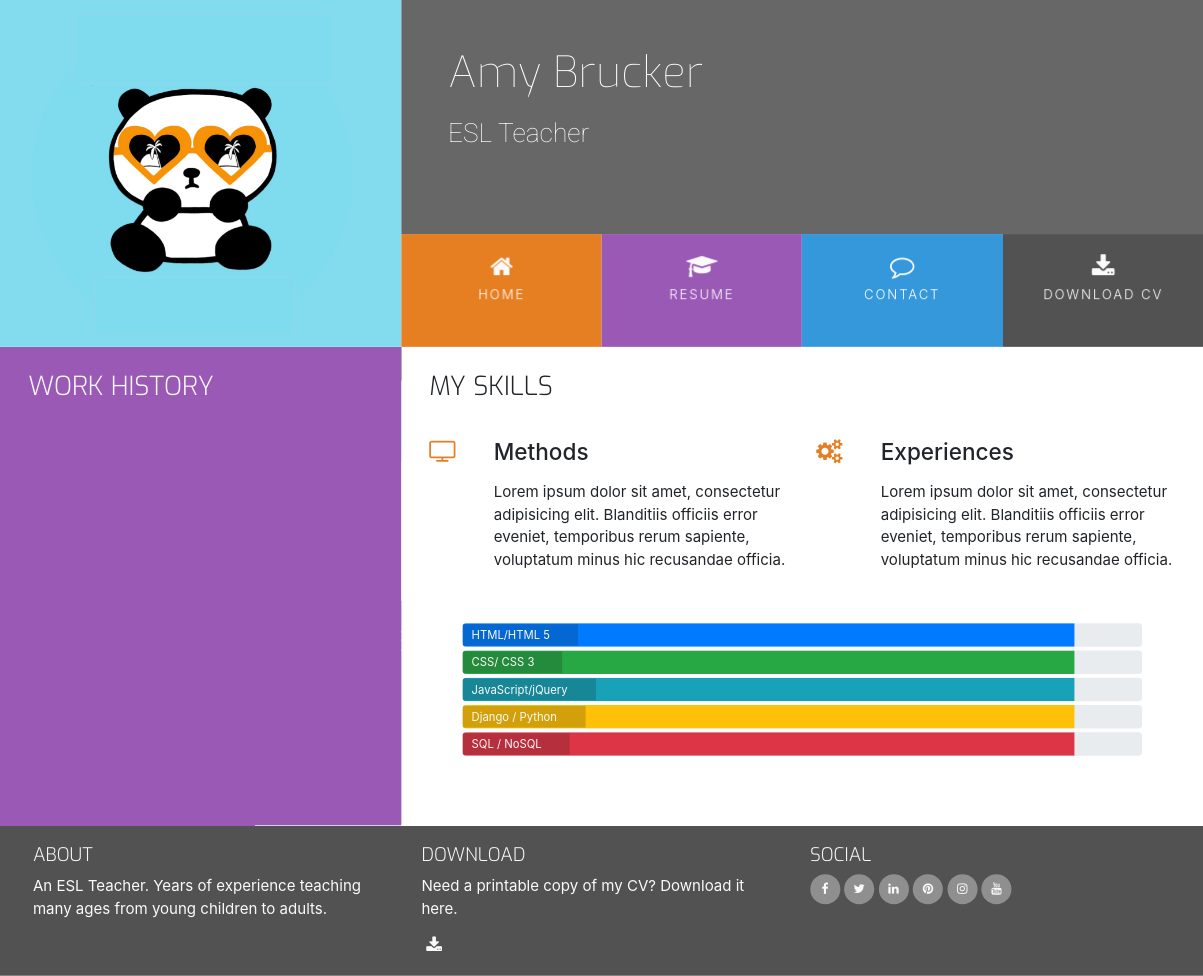
Repository: amybru/resume
Page: resume.html
The author's editor kept a record of every edit. The page is drawn from the files as they stood at one moment, then again after the next edit.
The browser window is 1280 px wide. The pictures show the whole page, at 94% of full size.
Some web libraries are served in a nearby version.

Above is the page before.

### resume.html
<!DOCTYPE html>
<html lang="en">
<head>
    <meta charset="UTF-8">
    <meta name="viewport" content="width=device-width, initial-scale=1.0">
    <meta http-equiv="X-UA-Compatible" content="ie=edge">
    <link rel="stylesheet" href="https://maxcdn.bootstrapcdn.com/bootstrap/4.2.1/css/bootstrap.min.css" type="text/css" />
    <link rel="stylesheet" href="https://maxcdn.bootstrapcdn.com/font-awesome/4.7.0/css/font-awesome.min.css" type="text/css" />
    <link rel="stylesheet" href="https://cdnjs.cloudflare.com/ajax/libs/hover.css/2.3.1/css/hover-min.css" type="text/css" />
    <link rel="stylesheet" href="assets/css/style.css">
    <title>Amy</title>
</head>
<body>
    <header>
        <div class="row no-gutters">
            <a class="col-md-4 logo" href="index.html"></a>
            <div class="col-md-8">
                <div class="row bg-color-name-title no-gutters">
                    <div class="col heading">
                        <h1 class="name">Amy Brucker</h1>
                        <h2 class="title"> ESL Teacher</h2>
                    </div>
                </div>
                <div class="row no-gutters">
                    <div class="col">
                        <ul id="nav" class="list-inline menucontainer">
                            <li class="col-6 col-sm-3 list-inline-item ui-menu-color-home menuitem">
                                <a href="#" class="hvr-sweep-to-bottom"><i class="fa fa-home" aria-hidden="true"></i><span>Home</span></a>
                            </li>
                            <li class="col-6 col-sm-3 list-inline-item ui-menu-color-resume menuitem">
                                <a href="#" class="hvr-sweep-to-bottom"><i class="fa fa-graduation-cap" aria-hidden="true"></i><span>Resume</span></a>
                            </li>
                            <li class="col-6 col-sm-3 list-inline-item ui-menu-color-contact menuitem">
                                <a href="#" class="hvr-sweep-to-bottom"><i class="fa fa-comment-o" aria-hidden="true"></i><span>Contact</span></a>
                            </li>
                            <li class="col-6 col-sm-3 list-inline-item ui-menu-color-download menuitem">
                                <a href="#" class="hvr-sweep-to-bottom"><i class="fa fa-download" aria-hidden="true"></i><span>Download CV</span></a>
                            </li>
                        </ul>
                    </div>
                </div>
            </div>
        </div>
    </header>


    <section class="container-fluid">
        <div class="row">
            <div class="col-md-4 bg-color-work-history section-column">
                <div class="row">
                    <div class="col-12">
                        <h3 class="history-heading uppercase">
                            Work History
                        </h3>
                    </div>
                </div>
            </div>

            <div class="col-md-8 bg-color-three-reasons section-column">
                <div class="row">
                    <div class="col">
                        <h3 class="section-heading uppercase">My Skills</h3>
                    </div>
                </div>

                <div class="row">
                    <div class="col-10 offset-1 offset-sm-0 col-sm-4 col-md-6">
                        <div class="row">
                            <div class="col-2">
                                <i class="three-reasons-icon fa fa-tv" aria-hidden="true"></i>
                            </div>
                            <div class="col-10">
                                <h4 class="three-reasons-heading">Methods</h4>
                                <p>Lorem ipsum dolor sit amet, consectetur adipisicing elit. Blanditiis officiis error eveniet, temporibus rerum sapiente, voluptatum minus hic recusandae officia.</p>
                            </div>
                        </div>
                    </div>
                    <div class="col-10 offset-1 offset-sm-0 col-sm-4 col-md-6">
                        <div class="row">
                            <div class="col-2">
                                <i class="three-reasons-icon fa fa-gears" aria-hidden="true"></i>
                            </div>
                            <div class="col-10">
                                <h4 class="three-reasons-heading">Experiences</h4>
                                <p>Lorem ipsum dolor sit amet, consectetur adipisicing elit. Blanditiis officiis error eveniet, temporibus rerum sapiente, voluptatum minus hic recusandae officia.</p>
                            </div>
                        </div>
                    </div>
                </div>

                <div class="row progress-section">
                    <div class="col">
                        <div class="progress">
                            <div class="progress-bar" role="progressbar" aria-valuenow="90" aria-valuemin="0" aria-valuemax="100" style="width:90%">
                                <span class="sr-only">90% complete</span>
                                <span class="progress-type">HTML/HTML 5</span>
                            </div>
                        </div>
                        <div class="progress">
                            <div class="progress-bar bg-success" role="progressbar" aria-valuenow="80" aria-valuemin="0" aria-valuemax="100" style="width:90%">
                                <span class="sr-only">80% complete</span>
                                <span class="progress-type">CSS/ CSS 3</span>
                            </div>
                        </div>
                        <div class="progress">
                            <div class="progress-bar bg-info" role="progressbar" aria-valuenow="70" aria-valuemin="0" aria-valuemax="100" style="width:90%">
                                <span class="sr-only">70% complete</span>
                                <span class="progress-type">JavaScript/jQuery</span>
                            </div>
                        </div>
                        <div class="progress">
                            <div class="progress-bar bg-warning" role="progressbar" aria-valuenow="80" aria-valuemin="0" aria-valuemax="100" style="width:90%">
                                <span class="sr-only">80% complete</span>
                                <span class="progress-type">Django / Python</span>
                            </div>
                        </div>
                        <div class="progress">
                            <div class="progress-bar bg-danger" role="progressbar" aria-valuenow="9=80" aria-valuemin="0" aria-valuemax="100" style="width:90%">
                                <span class="sr-only">80% complete</span>
                                <span class="progress-type">SQL / NoSQL</span>
                            </div>
                        </div>
                    </div>
                </div>
            </div>
        </div>
    </section>


    <footer class="container-fluid">
        <div id="footer-details" class="row">
            <div class="col-sm-4">
                <h5 class="uppercase general-sub">About</h5>
                <p class="inline-block">An ESL Teacher. Years of experience teaching many ages from young children to adults.</p>
            </div>

            <div class="col-sm-4">
                <h5 class="uppercase general-sub">Download</h5>
                <p class="inline-block">Need a printable copy of my CV? Download it here.</p>
                <a href="#" target="_blank" class="cv-pdf">
                    <i class="fa fa-download" aria-hidden="true"></i>
                    <span class="sr-only">Download link</span>
                </a>
            </div>

            <div class="col-sm-4">
                <h5 class="uppercase general-sub">Social</h5>
                <ul class="list-inline social-links">
                    <li class="list-inline-item">
                        <a target="_blank" href="#">
                            <i class="fa fa-facebook" aria-hidden="true"></i>
                            <span class="sr-only"Facebook></span>
                        </a>
                    </li>
                    <li class="list-inline-item">
                        <a target="_blank" href="#">
                            <i class="fa fa-twitter" aria-hidden="true"></i>
                            <span class="sr-only"Twitter></span>
                        </a>
                    </li>
                    <li class="list-inline-item">
                        <a target="_blank" href="#">
                            <i class="fa fa-linkedin" aria-hidden="true"></i>
                            <span class="sr-only">linkedin</span>
                        </a>
                    </li>
                    <li class="list-inline-item">
                        <a target="_blank" href="#">
                            <i class="fa fa-pinterest" aria-hidden="true"></i>
                            <span class="sr-only"Pinterest></span>
                        </a>
                    </li>
                    <li class="list-inline-item">
                        <a target="_blank" href="#">
                            <i class="fa fa-instagram" aria-hidden="true"></i>
                            <span class="sr-only"Instagram></span>
                        </a>
                    </li>
                    <li class="list-inline-item">
                        <a target="_blank" href="#">
                            <i class="fa fa-youtube" aria-hidden="true"></i>
                            <span class="sr-only"Youtube></span>
                        </a>
                    </li>
                </ul>
            </div>
        </div>


    </footer>
</body>
</html>

### assets/css/style.css
@import url('https://fonts.googleapis.com/css?family=Roboto:100,300,400,400i,500,700&display=swap');
@import url('https://fonts.googleapis.com/css?family=Exo:100,200,300,400,400i,500,600,700,800&display=swap');


/*--------------------------------------------Colors*/

.bg-color-name-title {
    background-color: #676767;
}

.bg-color-three-reasons {
    background-color: #fff;
}

.bg-color-personal-info {
    background-color: #f4f4f4;
}

.bg-color-work-history {
    background-color: #9b59b6;
}

.ui-menu-color-home {
    background-color: #e67e22;
}

.ui-menu-color-resume {
    background-color: #9b59b6;
}

.ui-menu-color-contact {
    background-color: #3498db;
}

.ui-menu-color-download {
    background-color: #525252;
}

.row-table {
    display: table;
}

.section-column {
    display: table-cell;
    padding: 0 30px 30px;
    float: none;
}

.section-heading {
    font-family: "Exo", sans-serif;
    font-weight: 300;
    margin-top: 25px;
    margin-bottom: 40px;
}

.bg-color-contact {
    background-color: #ffffff;
}

/* ----------------------------------------Special paddings/margins/text */

h1,
h2,
h3,
h4 {
    margin: 0;
}

.uppercase {
    text-transform: uppercase;
}

.general-sub {
    font-family: "Exo", sans-serif;
    font-weight: 300;
    color: #fafafa;
}

.inline-block {
    display: inline-block;
}

.row-table {
    display: table;
}

.section-column {
    display: table-cell;
    padding: 0 30px 30px;
    float: none;
}

.history-heading,
.section-heading {
    font-family: "Exo", sans-serif;
    font-weight: 300;
    margin-top: 25px;
    margin-bottom: 40px;
}

/*--------------------------------------------Heading*/

header {
    margin: 0;
}

.heading {
    margin-left: 50px;
}

.logo {
    background: url("../images/miamipanda2.jpg");
    background-position: center;
    background-repeat: no-repeat;
    background-size: cover;
    min-height: 360px;
    transition: all .5s ease-in-out;
    -moz-transition: all .5s ease-in-out;
    -webkit-transition: all .5s ease-in-out;
}

.name {
    font-family: "Exo", sans-serif;
    font-weight: 100;
    font-size: 46px;
    margin-top: 50px;
    color: #fff;
}

.title {
    font-family: "Roboto", sans-serif;
    font-weight: 200;
    font-size: 28px;
    margin-top: 20px;
    margin-bottom: 90px;
    color: #fff;
}

.list-inline-item:not(:last-child) {
    margin: 0;
}

.menucontainer {
    font-size: 0;
}

#nav li {
    font-size: 14px;
    padding: 0;
}

#nav {
    margin: 0;
}

.menuitem {
    height: 120px;
    text-align: center;
    padding: 0;
}

.menuitem a {
    width: 100%;
    text-decoration: none;
    color: #fff;
    height: 120px;
}

.menuitem a i {
    padding-top: 22px;
    display: block;
    color: #fafafa;
    font-size: 26px;
}

.menuitem span {
    display: block;
    width: 100%;
    padding-top: 5px;
    text-align: center;
    text-transform: uppercase;
    font-size: 14px;
    font-weight: 300;
    letter-spacing: 2px;
}

/*--------------------------------------------Hover.css*/

.hvr-sweep-to-bottom:before {
    background: rgba(0, 0, 0, 0.2);
    height: 120px;
}

/* ----------------------------------------Footer */

footer {
    background-color: #525252;
    color: #fafafa;
    min-height: 120px;
    margin: 0;
}

.cv-pdf i {
    font-size: 18px;
    color: #fafafa;
    text-align: center;
    padding-left: 5px;
    transition: all 0.35s ease-in-out;
    -moz-transition: all 0.35s ease-in-out;
    -webkit-transition: all 0.35s ease-in-out;
    -o-transition: all 0.35s ease-in-out;
}

.cv-pdf i:hover {
    color: #e84610;
}

.social-links {
    padding-bottom: 15px;
}

.social-links li a i {
    width: 32px;
    height: 32px;
    padding: 12px 0;
    border-radius: 50%;
    font-size: 13px;
    line-height: 7px;
    text-align: center;
    color: #fafafa;
    background: #8f8f8f;
    transition: all 0.35s ease-in-out;
    -moz-transition: all 0.35s ease-in-out;
    -webkit-transition: all 0.35s ease-in-out;
    -o-transition: all 0.35s ease-in-out;
}

.social-links li a i:hover {
    background: #e84610;
}

#footer-details {
    padding: 20px;
}

/* ----------------------------------------Three Reasons */

.three-reasons-icon {
    font-size: 26px;
    color: #e67e22;
}

.three-reasons-heading {
    margin-bottom: 15px;
}

/* ----------------------------------------Personal Info */

.personal-info-item {
    margin-bottom: 20px;
    display: block;
    clear: both;
}

.personal-info-item .key,
.personal-info-item .value {
    padding-right: 8px;
    display: inline-block;
}

.personal-info-item .key p,
.personal-info-item .value p {
    margin: 0;
}

.personal-info-item .key {
    width: 30%;
    margin-right: 21px;
    padding-top: 2px;
    vertical-align: top;
}

.personal-info-item .key p {
    font-weight: 700;
}

.personal-info-item .value {
    position: relative;
    width: 60%;
}

/* ----------------------------------------Skills */

.progress {
    position: relative;
    height: 25px;
    margin-bottom: 4px;
}

.progress-type {
    position: absolute;
    left: 0px;
    font-weight: 400;
    padding: 3px 30px 2px 10px;
    color: #fafafa;
    background-color: rgba(25, 25, 25, 0.2);
}

.progress-section {
    margin: 40px 20px;
}

/* ----------------------------------------Work History */

.history-heading {
    color: #fafafa;
    margin-bottom: 50px;
}

.timeline-item {
    padding: 4em 2em 0em 2em;
    position: relative;
    color: #fafafa;
    border-left: 1px solid;
}

.timeline-item p {
    padding: 0;
    margin: 0;
}

.timeline-item:before {
    content: attr(data-dates);
    position: absolute;
    left: 2.5em;
    top: 3em;
    display: block;
    font-family: "Exo", sans-serif;
    font-weight: 500;
    font-size: 0.8em;
    padding: 0;
    margin: 0;
}

.timeline-item:after {
    width: 12px;
    height: 12px;
    display: block;
    top: 2.4em;
    position: absolute;
    left: -6px;
    border-radius: 12px;
    content: '';
    background: #fafafa;
}

.history-items {
    margin-bottom: 30px;
}


/* ----------------------------------------Contact */

.contact-heading {
    font-family: "Exo", sans-serif;
    font-weight: 300;
    margin-top: 25px;
    margin-bottom: 20px;
}

.center-form {
    padding: 10px;
    margin: 0 auto;
    max-width: 70%;
}

button[type="submit"] {
    margin-top: 15px;
    margin-bottom: 30px;
    color: #fafafa;
    background-color: #e84610;
}


/* ----------------------------------------Media Queries */

@media(min-width: 992px) {
    .center-form {
    padding-top: 30px;
    min-height: 240px;
    margin: 0 auto;
    max-width: 50%;
}
}

After the next edit:
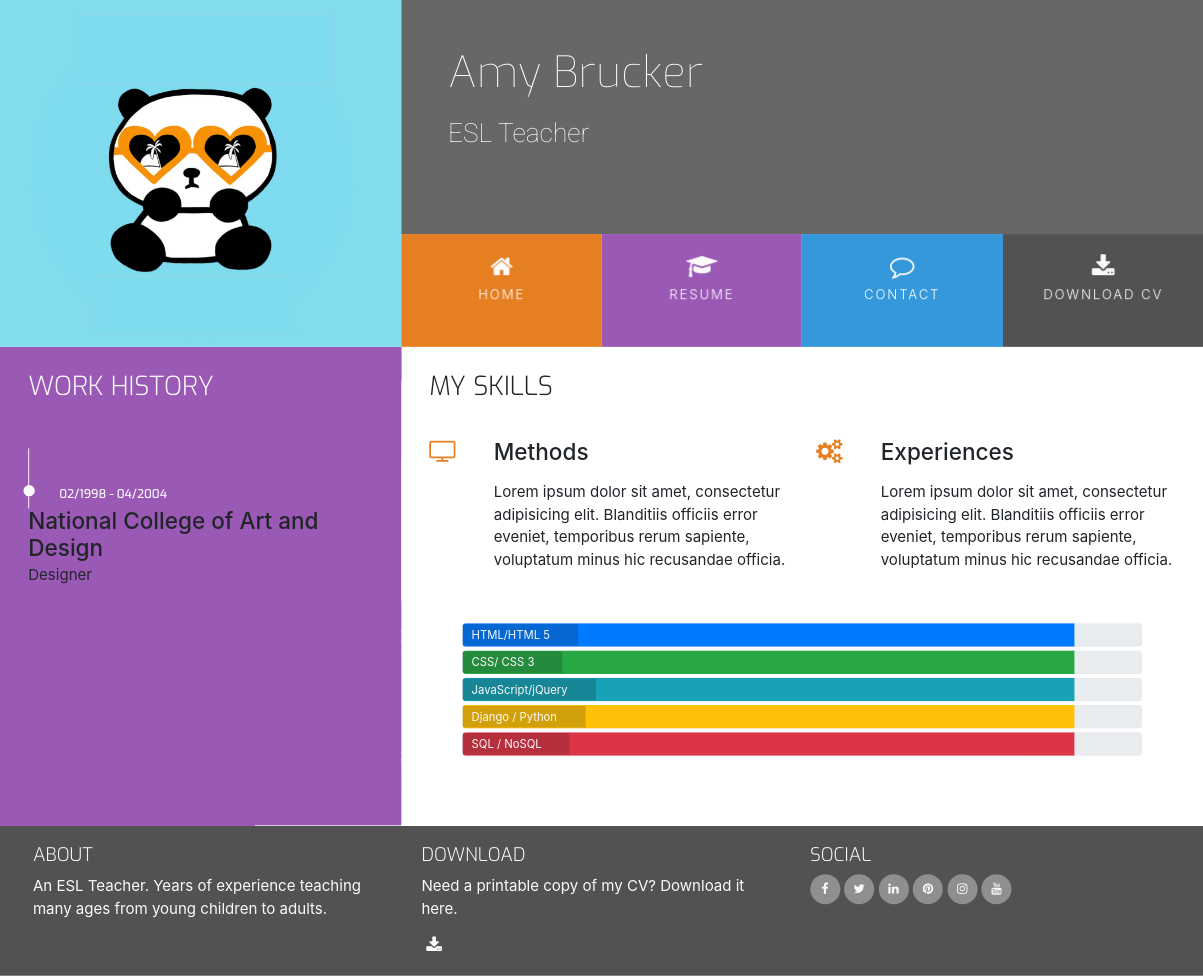
The edit:
--- a/resume.html
+++ b/resume.html
@@ -54,6 +54,9 @@
                         </h3>
                     </div>
                 </div>
+                <div class="timeline-item" data-dates="02/1998 - 04/2004"></div>
+                <h4>National College of Art and Design</h4>
+                <p>Designer</p>
             </div>
 
             <div class="col-md-8 bg-color-three-reasons section-column">
